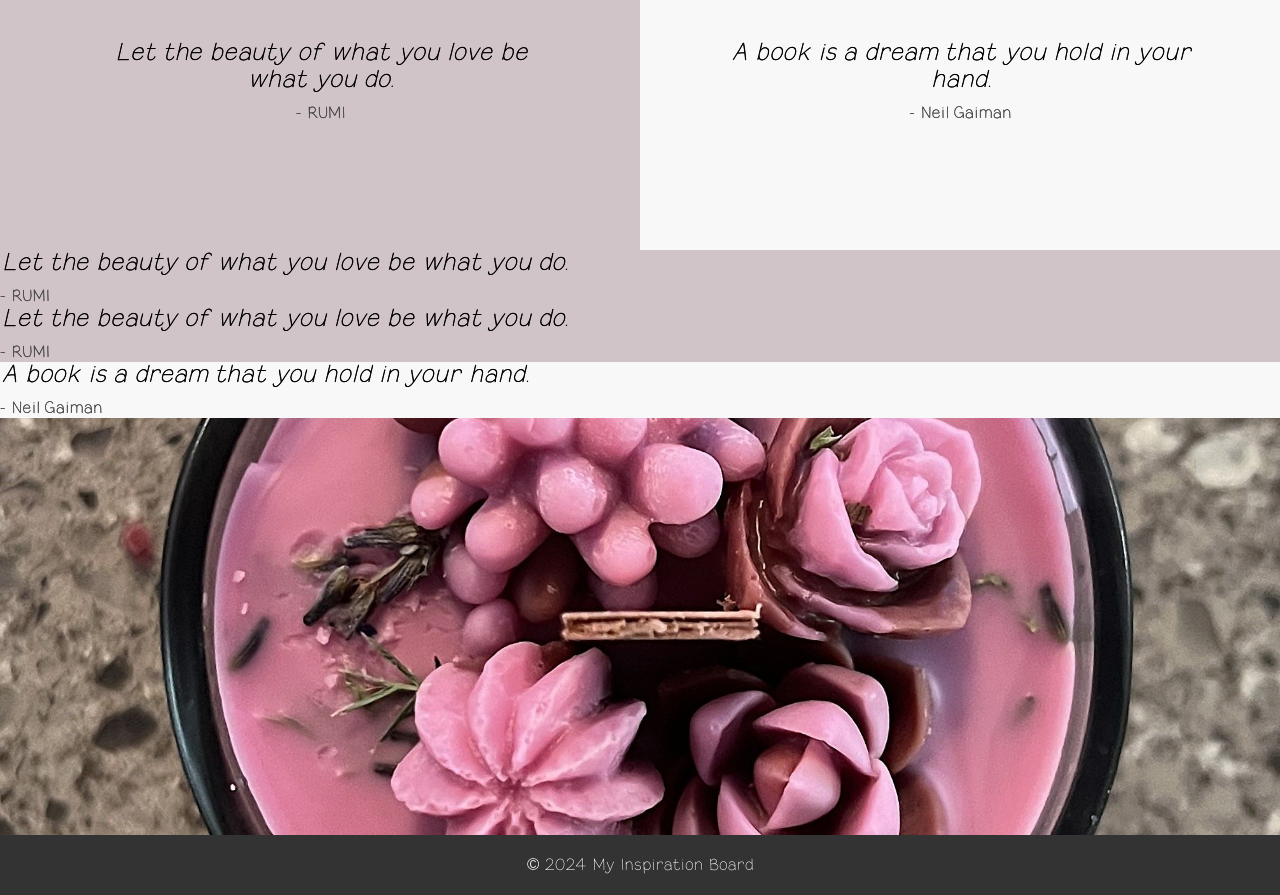
Repository: Brittany-Westlund/MART341-WebDesign
Page: WebDesignHomework/Assignment12/gallery.html
The author's editor kept a copy of each file at every save. The page is drawn from the files as they stood at one save, then again after the next save.
The browser window is 1280 px wide. The pictures show the part of the page from y = 385 to 1337 px (the page is 1280 px tall before and 1412 px after).
Some web fonts or font styles are not loaded; a fallback is used.

Above is the page before, as saved 2024-11-15 19:58:39.

### WebDesignHomework/Assignment12/gallery.html
<!DOCTYPE html>
<html lang="en">
<head>
    <meta charset="UTF-8">
    <meta name="viewport" content="width=device-width, initial-scale=1.0">
    <title>My Inspiration Board</title>
    <link rel="preconnect" href="https://fonts.googleapis.com">
    <link rel="preconnect" href="https://fonts.gstatic.com" crossorigin>
    <link href="https://fonts.googleapis.com/css2?family=Arvo:ital,wght@0,400;0,700;1,400;1,700&family=Khand:wght@300;400;500;600;700&display=swap" rel="stylesheet">
    <link rel="stylesheet" href="style/style.css">
</head>
<body>
    <nav>
        <ul>
            <li><a href="index.html">inspiration</a></li>
            <li><a href="gallery.html">gallery</a></li>
            <li><a href="about.html">about</a></li>
            <li><a href="contact.html">contact</a></li>
        </ul>
    </nav>

<!-- Full-width video section -->
<div>
    <video class="full-width-video" autoplay muted loop>
        <source src="videos/journaling-video.mp4" type="video/mp4">
        Your browser does not support the video tag.
    </video>
</div>

<!-- Two-column block section -->
    <div class="two-column-gallery">
        <div class="left-section">
            <blockquote>Let the beauty of what you love be what you do.</blockquote>
            <p id="quote-author">- RUMI</p>
        </div>
        <div class="right-section">
            <blockquote>A book is a dream that you hold in your hand.</blockquote>
            <p id="quote-author">- Neil Gaiman</p>
        </div>
    </div>

<!-- Three-column block section -->
<div class="three-column-gallery">
    <div class="left-section">
        <blockquote>Let the beauty of what you love be what you do.</blockquote>
        <p id="quote-author">- RUMI</p>
    </div>
    <div class="left-section">
        <blockquote>Let the beauty of what you love be what you do.</blockquote>
        <p id="quote-author">- RUMI</p>
    </div>
    <div class="right-section">
        <blockquote>A book is a dream that you hold in your hand.</blockquote>
        <p id="quote-author">- Neil Gaiman</p>
    </div>
</div>

 <!-- Full-width image section -->
    <div>
        <img class="banner-image" src="images/succulent_candle_topview_banner.jpg">
    </div>

    <footer>
        &copy; 2024 My Inspiration Board
    </footer>
</body>
</html>

### WebDesignHomework/Assignment12/style/style.css
/* Reset default styles */
* {
    margin: 0;
    padding: 0;
    box-sizing: border-box;
}

@font-face {
    font-family: 'Kitten';
    src: url('fonts/Kitten.ttf') format('truetype');
    font-weight: normal;
    font-style: normal;
}


body {
    font-family: 'Kitten', sans-serif; /* Falls back to sans-serif if font fails to load */
    text-shadow: 0.25px 0.25px 0 #000; /* Creates a thin shadow outline */
    font-size: 1.05em; /* Slightly increase font size to give a bolder effect */
}

/* Navigation styling */
nav {
    background-color: #fefefe;
    padding: 10px;
    text-align: center;
    font-family: arvo,  sans-serif;
    letter-spacing: 2px;
    font-size: 13px;
}

nav ul {
    list-style-type: none;
    display: flex;
    justify-content: center;
    gap: 20px;
}

nav ul li a {
    color: #4f3d3d;
    text-decoration: none;
    transition: color 0.3s ease, transform 0.3s ease; /* Smooth transition for hover effects */
}

/* Hover effect */
nav ul li a:hover {
    color: #a8858e; /* Change color on hover */
    text-decoration: overline; /* Add overline on hover for cleaner look */
}

h1 {
    font-family: arvo, sans-serif;
    letter-spacing: 2px;
}

/* Dark gray banner styling */
.banner {
    height: 200px;
    background-color: #333;
    color: white;
    display: flex;
    align-items: center;
    justify-content: center;
    font-size: 3.3em;
    font-family: arvo;
    text-align: center;
    letter-spacing: 0.2em;
}

/* Banner image styling */
.banner-image {
    width: 100%;
    height: auto;
    display: block;
}

/* Two-column block styling */
.two-column-block {
    display: flex;
}

.two-column-block div {
    flex: 1;
    padding: 90px;
    text-align: center;
}

.two-column-gallery {
    display: flex;
}

.two-column-gallery div {
    flex: 1;
    height: 300px;
    padding: 90px;
    text-align: center;
}

.left-section {
    background-color: #d1c4c9;
}

.right-section {
    background-color: #f8f8f8;
}

.about-section {
    max-width: 800px; /* Limits the width for readability */
    margin: 0 auto; /* Centers the section horizontally */
    padding: 20px; /* Adds space inside the section */
    text-align: center; /* Centers the text */
    line-height: 1.6; /* Improves readability */
}

/* Styling for blockquote and author */
blockquote {
    font-size: 1.5em;
    font-style: italic;
    margin-bottom: 10px;
}

#quote-author {
    font-size: 1em;
    color: #555;
    margin-top: 5px;
}

/* Full-width video styling */
.full-width-video {
    width: 100%;
    height: 300px;
    object-fit: cover;
    display: block;
}

/* Footer styling */
footer {
    background-color: #333;
    color: white;
    text-align: center;
    padding: 20px;
}

After the next save:
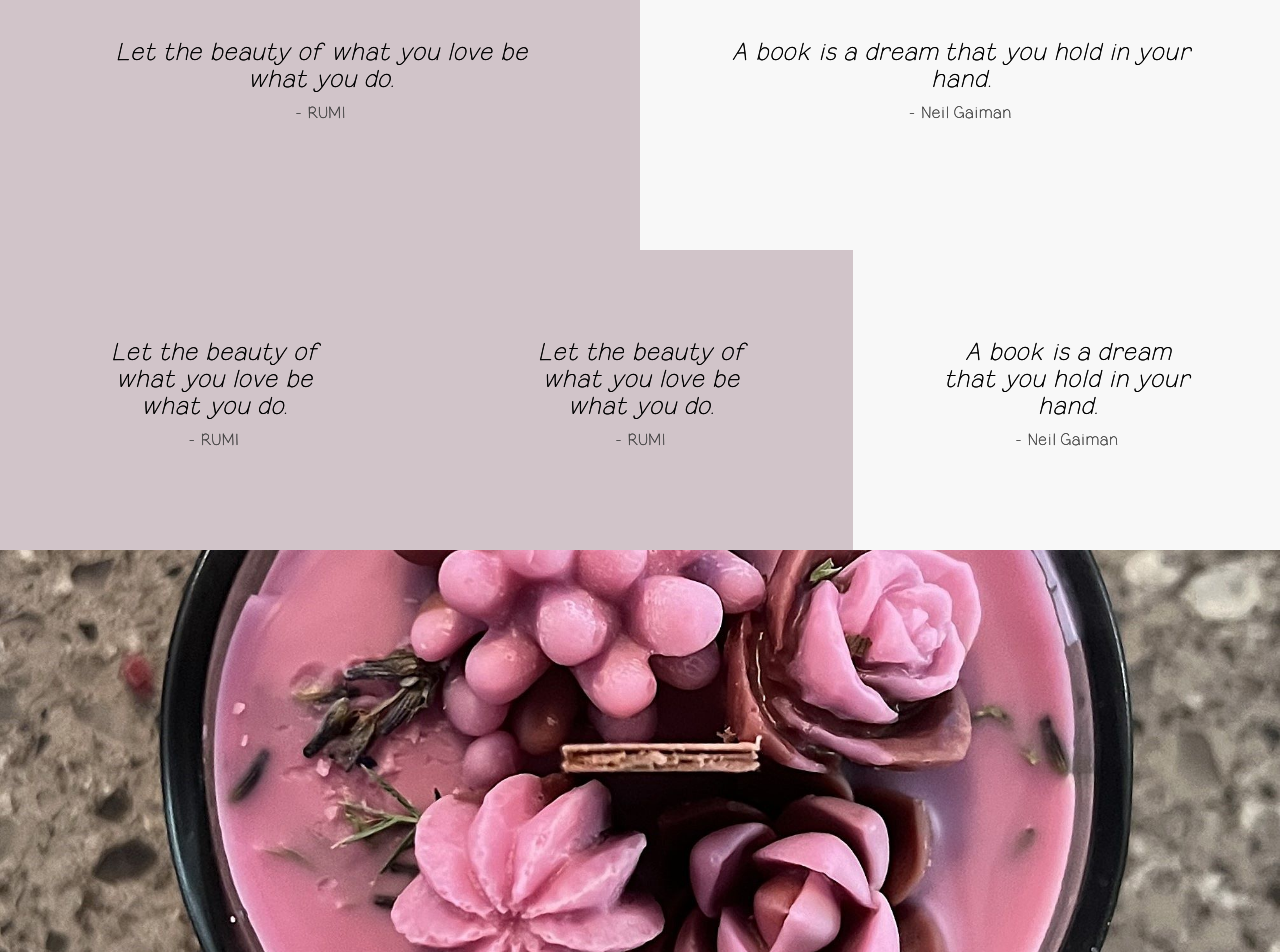
Saved 36 s later.
--- a/WebDesignHomework/Assignment12/style/style.css
+++ b/WebDesignHomework/Assignment12/style/style.css
@@ -96,6 +96,17 @@ h1 {
     text-align: center;
 }
 
+.three-column-gallery {
+    display: flex;
+}
+
+.three-column-gallery div {
+    flex: 1;
+    height: 300px;
+    padding: 90px;
+    text-align: center;
+}
+
 .left-section {
     background-color: #d1c4c9;
 }
